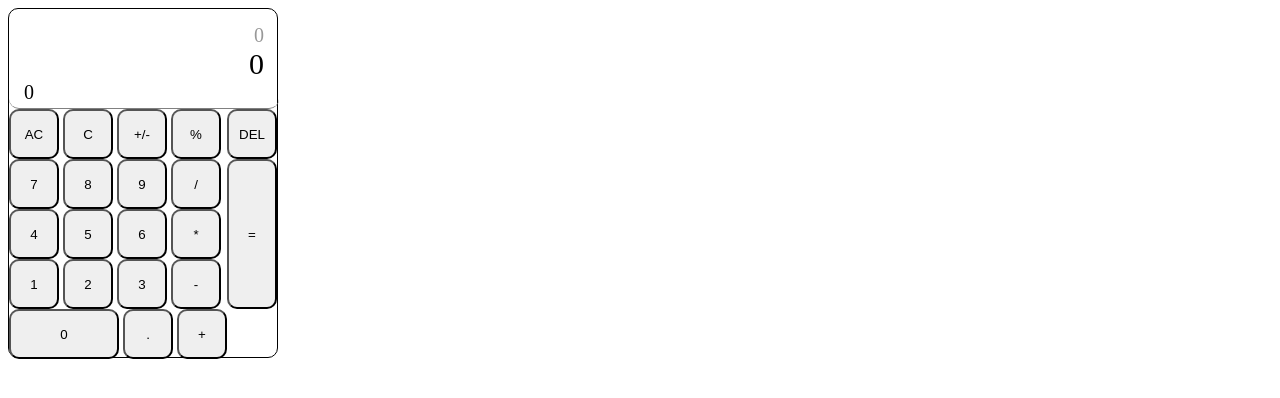
Repository: baziz22/Vanilla_JS_Projects
Page: claculator/index.html
The author's editor kept a copy of each file at every save. The page is drawn from the files as they stood at one save, then again after the next save.
The browser window is 1280 px wide. The pictures show the whole page.

Above is the page before, as saved 2022-03-02 03:06:15.
Console error: SyntaxError: Malformed arrow function parameter list

After the next save:
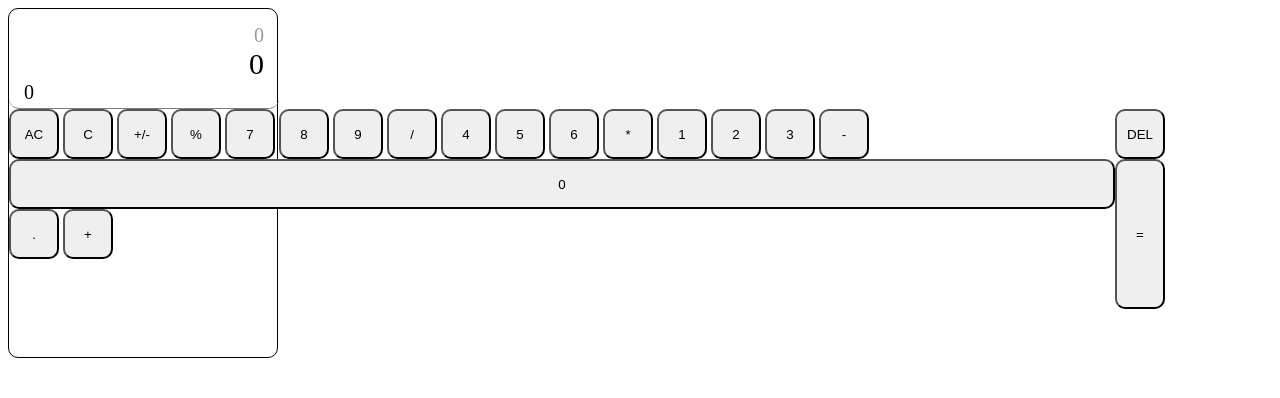
Saved 6 s later.
--- a/claculator/style.css
+++ b/claculator/style.css
@@ -19,7 +19,7 @@ button {
   height: 150px;
 }
 #btn-0 {
-  width: 110px;
+  width: 1106px;
 }
 #display {
   padding: 15px;

After the save that followed:
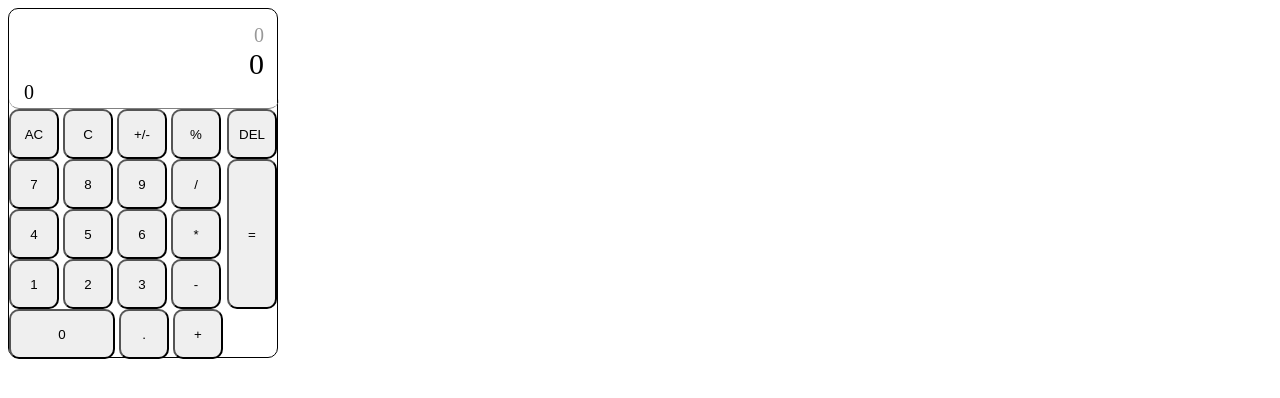
Saved 4 s later.
--- a/claculator/style.css
+++ b/claculator/style.css
@@ -19,7 +19,7 @@ button {
   height: 150px;
 }
 #btn-0 {
-  width: 1106px;
+  width: 106px;
 }
 #display {
   padding: 15px;
